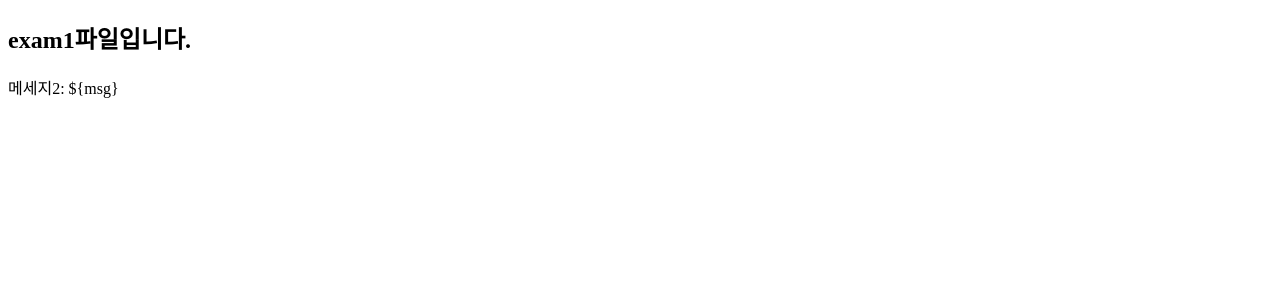
Repository: asfsdw/springBoot
Page: demo1/src/main/resources/static/exam/exam1.html
An editor plug-in stored every save of this project. The page is shown before and after the next save, followed by the edit.
The browser window is 1280 px wide. The pictures show the whole page.

Above is the page before, as saved 2025-10-29 08:33:56.

### demo1/src/main/resources/static/exam/exam1.html
<!DOCTYPE html>
<html>
<head>
<meta charset="UTF-8">
<title>Insert title here</title>
</head>
<body>
	<h2>exam1파일입니다.</h2>
	<p>메세지2: ${msg}</p>
</body>
</html>

After the next save:
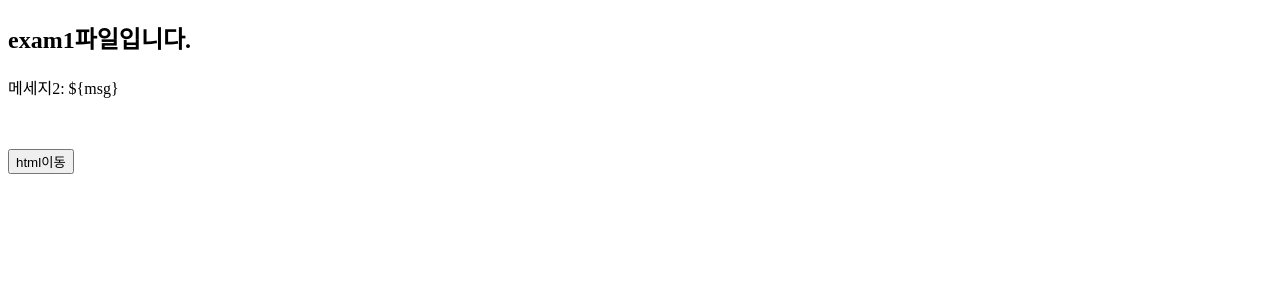
Saved 44 s later.
--- a/demo1/src/main/resources/static/exam/exam1.html
+++ b/demo1/src/main/resources/static/exam/exam1.html
@@ -7,5 +7,7 @@
 <body>
 	<h2>exam1파일입니다.</h2>
 	<p>메세지2: ${msg}</p>
+	<p><br/></p>
+	<input type="button" value="html이동" onclick="location.href='index.html'" />
 </body>
 </html>
